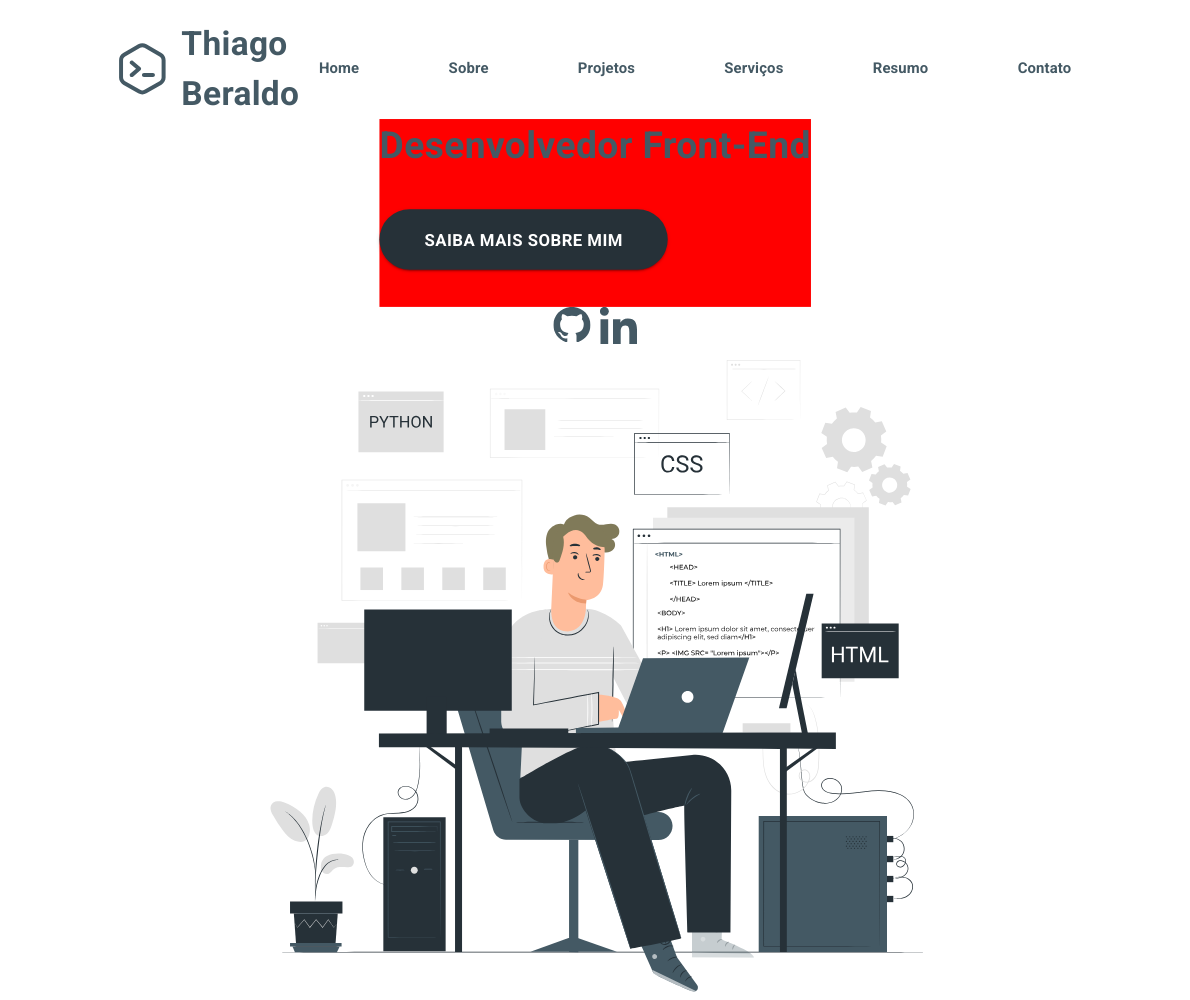
Repository: lenx0/myportfolio
Page: /
The author's editor kept a copy of each file at every save. The page is drawn from the files as they stood at one save, then again after the next save.
The browser window is 1280 px wide. The pictures show the whole page, at 93% of full size.
The project was rebuilt for these pictures with package versions that can differ from the ones it lists, and the page was loaded fresh each time. Also part of the build but not shown: vite.config.js.

Above is the page before, as saved 2024-06-07 11:25:38.

### index.html
<!doctype html>
<html lang="en">
  <head>
    <meta charset="UTF-8" />
    <link href="https://fonts.googleapis.com/css2?family=Roboto:wght@400;700&display=swap" rel="stylesheet">
    <meta name="viewport" content="width=device-width, initial-scale=1.0" />
    <title>Portfólio</title>
  </head>
  <body>
    <div id="root"></div>
    <script type="module" src="/src/main.jsx"></script>
  </body>
</html>

### src/main.jsx
import React from "react";
import ReactDOM from "react-dom/client";
import App from "./App.jsx";
import { ThemeProvider } from "@emotion/react";
import theme from "./components/Styles/theme.js";

ReactDOM.createRoot(document.getElementById("root")).render(
  <React.StrictMode>
    <ThemeProvider theme={theme}>
      <App />
    </ThemeProvider>
  </React.StrictMode>
);

### src/App.jsx
import { Box } from "@mui/material";
import Header from "./components/Header";
import "./global.css";
import Home from "./components/Home";

function App() {
  return (
    <Box
      sx={{
        margin: "0 10% 0 10%",
      }}
    >
      <Header />
      <Home />
    </Box>
  );
}

export default App;

### src/components/Styles/theme.js
import { createTheme } from "@mui/material";

const theme = createTheme({
    breakpoints: {
      values: {
        xs: 0,
        sm: 600,
        md: 1300,
        lg: 1200,
        xl: 1375
      },
    },
  });

  export default theme

### src/components/Header/index.jsx
import { Typography, Box } from "@mui/material";
import Logo from "/assets/logos/logo.svg";

export default function Header() {
  const menuItems = [
    "Home",
    "Sobre",
    "Projetos",
    "Serviços",
    "Resumo",
    "Contato",
  ];

  return (
    <>
      <Box
        component="header"
        sx={{
          display: "flex",
          alignItems: "center",
          justifyContent: "space-between",
          mt: "20px",
        }}
      >
        <Box display="flex">
          <Box component="img" src={Logo}></Box>
          <Typography
            sx={{
              fontSize: 36,
              color: "#445964",
              fontWeight: 700,
              ml: 2,
            }}
          >
            Thiago Beraldo
          </Typography>
        </Box>

        <Box
          sx={{
            display: "flex",
            gap: "96px",
            color: "#445964",
          }}
        >
          {menuItems.map((item) => (
            <Typography sx={{ cursor: "pointer", fontWeight: 700 }} key={item}>
              {item}
            </Typography>
          ))}
        </Box>
      </Box>
    </>
  );
}

### src/global.css
body {
    margin: 0;
    padding: 0;
    box-sizing: border-box;
    font-family: 'Roboto', sans-serif;
}

### src/components/Home/index.jsx
import { Box, Button, Grid, Typography } from "@mui/material";
import HomeArt from "/assets/images/Art1.svg";
import Github from "/assets/icons/Github.svg";
import Linkedin from "/assets/icons/Linkedin.svg";

const Home = () => {
  return (
    <Grid
      container
      direction={{ xl: "row", lg: "column" }}
      alignItems="center"
      spacing={{ xl: 2, lg: 0 }}
      wrap="nowrap"
    >
      <Grid item backgroundColor="red" sx={{
        justifyContent: "center"
      }}>
        <Typography
          variant="body2"
          sx={{
            fontSize: { lg: "2.5rem" },
            fontWeight: 700,
            color: "#445964",
            flexShrink: 1,
            mb: 5,
            maxWidth: "50vw",
          }}
        >
          Desenvolvedor Front-End
        </Typography>
        <Button
          variant="contained"
          sx={{
            fontSize: 18,
            fontWeight: 700,
            backgroundColor: "#263138",
            width: 310,
            height: 65,
            borderRadius: 20,
            mb: 5,
          }}
        >
          Saiba mais sobre mim
        </Button>
      </Grid>
      <Box
        sx={{
          display: "flex",
          justifyContent: "flex-start",
          marginTop: "auto",
          gap: "10px",
        }}
      >
        <Box>
          <img src={Github} />
        </Box>
        <Box>
          <img src={Linkedin} />
        </Box>
      </Box>
      <Grid item>
        <img src={HomeArt} alt="Home Art" />
      </Grid>
    </Grid>
  );
};

export default Home;

After the next save:
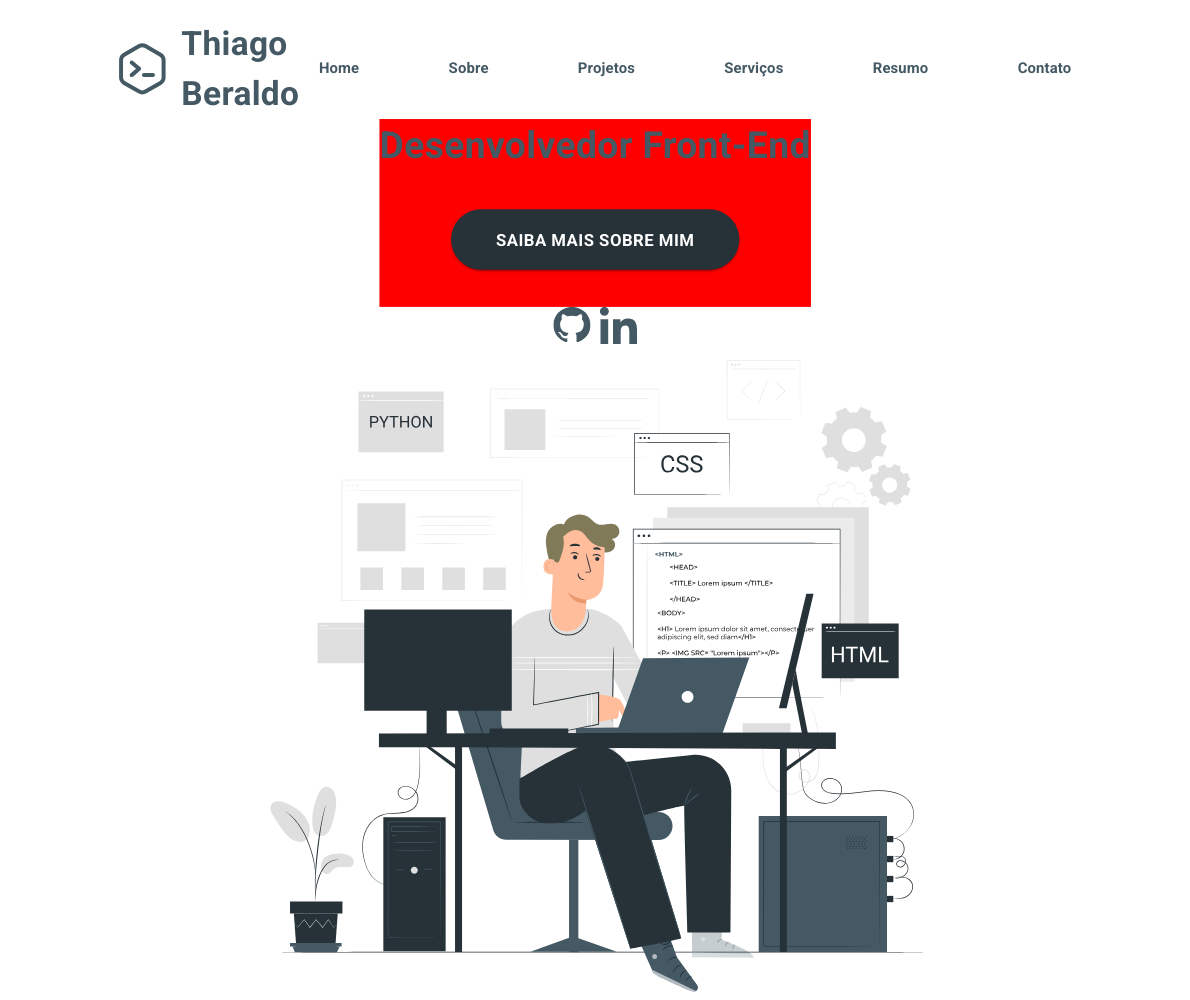
Saved 8 s later.
--- a/src/components/Home/index.jsx
+++ b/src/components/Home/index.jsx
@@ -13,7 +13,8 @@
       wrap="nowrap"
     >
       <Grid item backgroundColor="red" sx={{
-        justifyContent: "center"
+        justifyContent: "center",
+        justifyItems: "center"
       }}>
         <Typography
           variant="body2"
